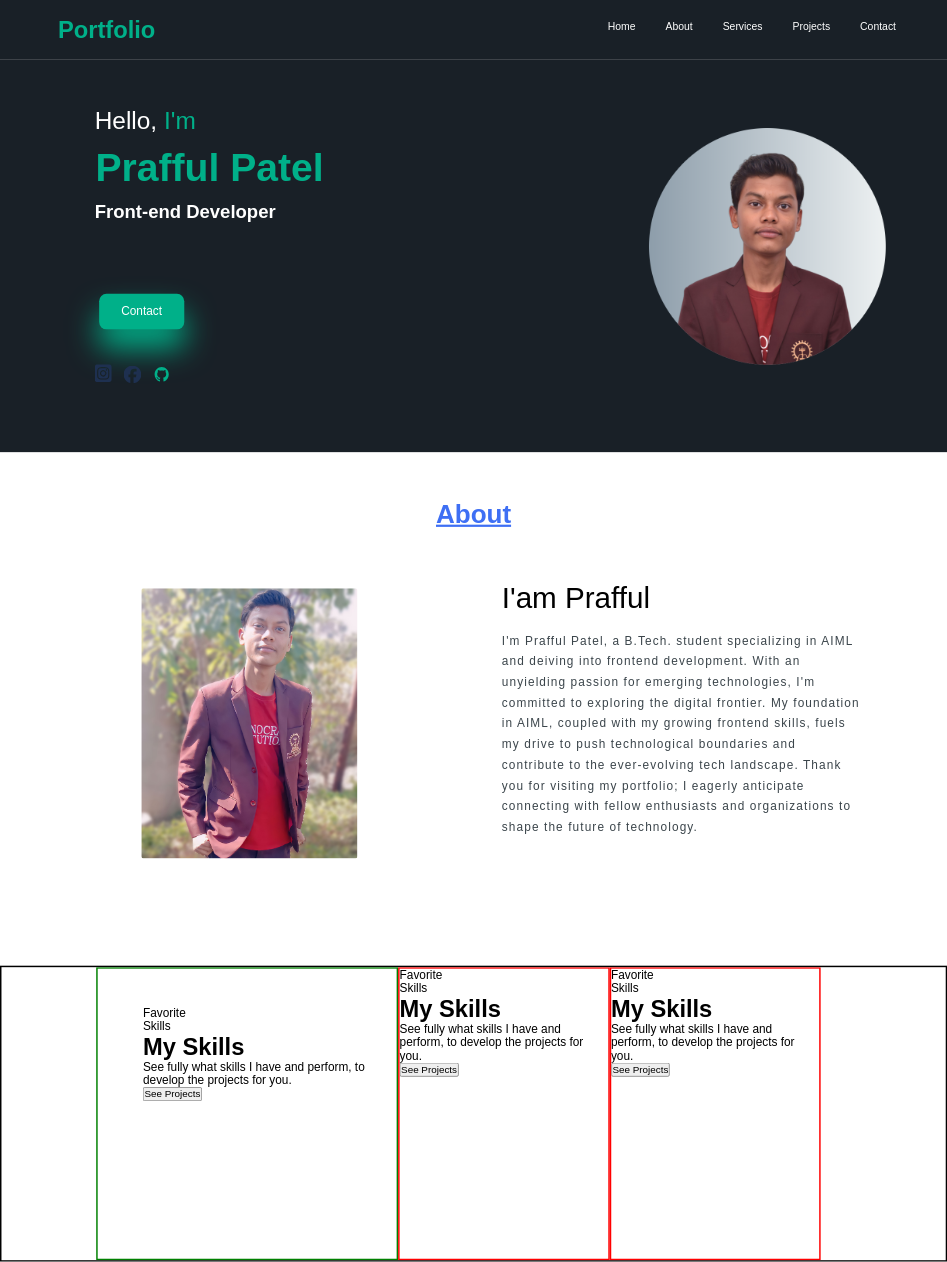
Repository: PraffulPatel27/Portfolio_2.0
Page: index.html
The author's editor kept a copy of each file at every save. The page is drawn from the files as they stood at one save, then again after the next save.
The browser window is 1280 px wide. The pictures show the whole page, at 74% of full size.
The pointer rests on the first visible `.btn`.

Above is the page before, as saved 2024-01-01 15:54:53.

### index.html
<!DOCTYPE html>
<html lang="en">
<head>
    <meta charset="UTF-8">
    <meta name="viewport" content="width=device-width, initial-scale=1.0">
    <title>Portfolio website complete</title>
    <link rel="stylesheet" href="style.css">
</head>
<body>

  <div class="container-first">
    <!-- /*********************** nav bar **************************/ -->
        <nav class="header">
            <h1>Portfolio</h1>

            <div class="nav-bar">
                <ul>
                    <li class="c1">Home</li>
                    <li> <a id="unique" href="#about">About</a></li>
                    <li>Services</li>
                    <li>Projects</li>
                    <li>Contact</li>
                </ul>
            </div>

        </nav>
        <!-- <div class="head-1"></div> -->



    <!-- /*********************** Section - 1 **************************/ -->
    <div class="first-main-content">
      <div class="left-content">
        <!-- <h1> Hi, </h1> -->
        <p class="ch"> Hello, </p>
        <p class="ch" id="bl"> I'm  </p>
        <h1 id="name-author"> Prafful Patel</h1>
        <h1> Front-end Developer </h1>

        <button class="btn"> Contact </button>
        <div class="social">
            <img src="images/instagram.svg">
            <img src="images/facebook.svg">
            <img src="images/github.svg">
        </div>
    </div>

   <img class="pic" src="images/profile-pic-circle.png">
   </div>


    <!-- /*********************** Section - 2 **************************/ -->
    <div class="section-2">
            <p class="heading-about"> About </p>

        <div class="front-2_under">
            <!-- <img class="left-img" src="images/image-portfolio.jpg"> -->
            <div class="left-content">
                <img class="left-img" src="images/image-portfolio.jpg">
            </div>

            <div class="right-para" id="about">
                <p class="heading-2"> I'am Prafful </p>
                <p class="description"> I'm Prafful Patel, a B.Tech. student specializing in AIML and
                    deiving into frontend development. With an unyielding passion
                    for emerging technologies, I'm committed to exploring the
                    digital frontier. My foundation in AIML, coupled with my
                    growing frontend skills, fuels my drive to push technological
                    boundaries and contribute to the ever-evolving tech
                    landscape. Thank you for visiting my portfolio; I eagerly
                    anticipate connecting with fellow enthusiasts and
                    organizations to shape the future of technology. </p>
            </div>
        </div>

    </div>


    <!-- /*********************** Section - 3 **************************/ -->

    <div class="section-3">
        <div class="bx-1">
            <p> Favorite </p>
            <p> Skills</p>
            <h1> My Skills</h1>

            <p>See fully what skills I have and perform, to
                develop the projects for you.</p>
            <button class="see-project"> See Projects </button>
        </div>

        <div class="bx-2">
            <p> Favorite </p>
            <p> Skills</p>
            <h1> My Skills</h1>

            <p>See fully what skills I have and perform, to
                develop the projects for you.</p>
            <button class="see-project"> See Projects </button>
        </div>

        <div class="bx-2">
            <p> Favorite </p>
            <p> Skills</p>
            <h1> My Skills</h1>

            <p>See fully what skills I have and perform, to
                develop the projects for you.</p>
            <button class="see-project"> See Projects </button>
        </div>
    </div>



    <!-- <footer>
            <h4 class="f-h4"> Prafful </h4>
            <div class="fimg">
                <img class="fb" src="images/faceb.png">
                <img class="ins" src="images/instagram-logo.png">
                <img class="lid" src="images/linkedin (1).png">
                <img class="git" src="images/github (1).png">
            </div>
            <h3 class="f-h3"> Terms of Use . Privacy Policy </h3>
            <p class="fp"> © 2023 copyright all right reserved </p>
    </footer> -->

  </div>

</body>
</html>

### style.css
* {
    margin: 0;
    padding: 0;
    box-sizing: border-box;
    font-family: 'Poppins' , sans-serif;
    scroll-behavior: smooth;
    overflow-x: hidden;
}
.container-first {
    display: flex;
    flex-direction: column;
    flex-wrap: wrap;
    width: 100vw;
    align-items: center;
}
.main-con {
    margin-left: 10%;
    margin-right: 10%;
}

/*********************** Nav bar **************************/
.header {
    min-height: 90%;
    width: 100%;
    background-position: center;
    background-size: cover;
    position: relative;
    background-color: #192027;
    color: #fff;
}
nav {
    display: flex;
    padding: 1.6% 4%;
    align-items: center;
    justify-content: center;
}
.nav-bar {
    flex: 1;
    text-align: right;
}
.nav-bar ul li {
    list-style: none;
    display: inline-block;
    padding: 8px 18px;
    position: relative;
    /* font-weight: bold; */
    cursor: pointer;
    font-size: 0.88rem;
}
#unique {
    text-decoration: none;
    color: #fff;
}
#unique:hover {
    color: #00B089;
}
.nav-bar ul li::after  {
    content: '';
    width: 0%;
    height: 3.5px;
    background-color: #00B089;
    display: block;
    margin: auto;
    transition: 0.80s;
}
.nav-bar ul li:hover::after {
    width: 100%;
}
.nav-bar ul li:hover {
    color: #00B089;
}
nav h1 {
    font-size: 2rem;
    color: #00B089;
    margin-left: 1.7rem;
}

/*********************** Section - 1 **************************/
.first-main-content {
    width: 100%;
    background-color: #192027;
    padding-bottom: 7%;
    display: flex;
    justify-content: space-evenly;
    align-items: center;
    flex-direction: row;
    flex-wrap: wrap;
    align-items: center;
    /* border: 2px solid black; */
}
/* .head-1 {
    margin-top: -1.2%;
    opacity: 0.1;
    border: 0.8px solid black;
    width: 100%;
} */
.left-content {
    padding-top: 5%;
    padding-left: 10%;
    /* border: 2px solid black; */
}
.ch {
    display: inline;
    font-size: 33px;
    color: #fff;
}
#bl {
    color: #00B089;
}
#name-author {
    color: #00B089;
    margin-top: 1.2%;
    font-size: 3.3rem;
    margin-left: 0.1%;
}
.left-content h1 {
    line-height: 60px;
    color: #fff;
    font-size: 25px;
}
.btn {
    width: 10%;
    height: 3rem;
    margin-top: 7%;
    margin-left: 0.5%;
    border-radius: 10px;
    background: #00B089;
    border: none;
    cursor: pointer;
    color: white;
    font-size: 1rem;
    text-align: center;
}
.btn:hover {
    box-shadow: 0px 25px 40px #00B089;
    transition: 0.2s;
}
.social {
    margin-top: 4%;
    margin-left: -1%;
    /* border: 2px solid black; */
}
.social img {
    width: 3%;
    padding-left: 1%;
    cursor: pointer;
    background: none;
}
.pic {
    width: 20rem;
    margin-top:5%;
    margin-right: -62%;
    flex-wrap: wrap;
    position: absolute;
}

/*********************** Section - 2 **************************/
.section-2 {
    width: 100%;
    flex-wrap: wrap;
    align-items: center;
    display: flex;
    position: none;
    justify-content: space-evenly;
    /* border: 2px solid red; */
}
.heading-about {
    text-align: center;
    margin-top: 5%;
    color: #3E6FF4;
    font-size: 2.2rem;
    font-style: normal;
    font-weight: 700;
    text-decoration: underline;
}
.front-2_under {
    display: flex;
    flex-direction: row;
    justify-content: space-evenly;
    align-items: center;
    margin-top: 2%;
    margin-left: 6.5%;
    margin-right: 9%;
    margin-bottom: 6%;
    /* border: 2px solid red; */
}
.left-content {
    flex: 1;
}
.left-content .left-img {
    width: 60%;
    max-width: 100%;
    height: auto;
    border-radius: 1%;
}
.right-para {
    flex: 1;
}
.heading-2 {
    font-size: 2.5rem;
    line-height: 70px;
}
.description {
    color: #3b454b;
    letter-spacing: 1.5px;
    line-height: 28px;
    margin-top: 2%;
}

 /*********************** Section - 3 **************************/
 .section-3 {
    height: 25rem;
    margin-top: 5%;
    flex-wrap: wrap;
    display: flex;
    /* flex-direction: row; */
    padding-left: 10%;
    padding-right: 10%;
    border: 2px solid black;
}
.bx-1 {
    border: 2px solid green;
    width: 40%;
    padding-top: 5%;
    padding-left: 6%;
}
.see-project {

}
.bx-2 {
    border: 2px solid red;
    width: 28%;
}

After the next save:
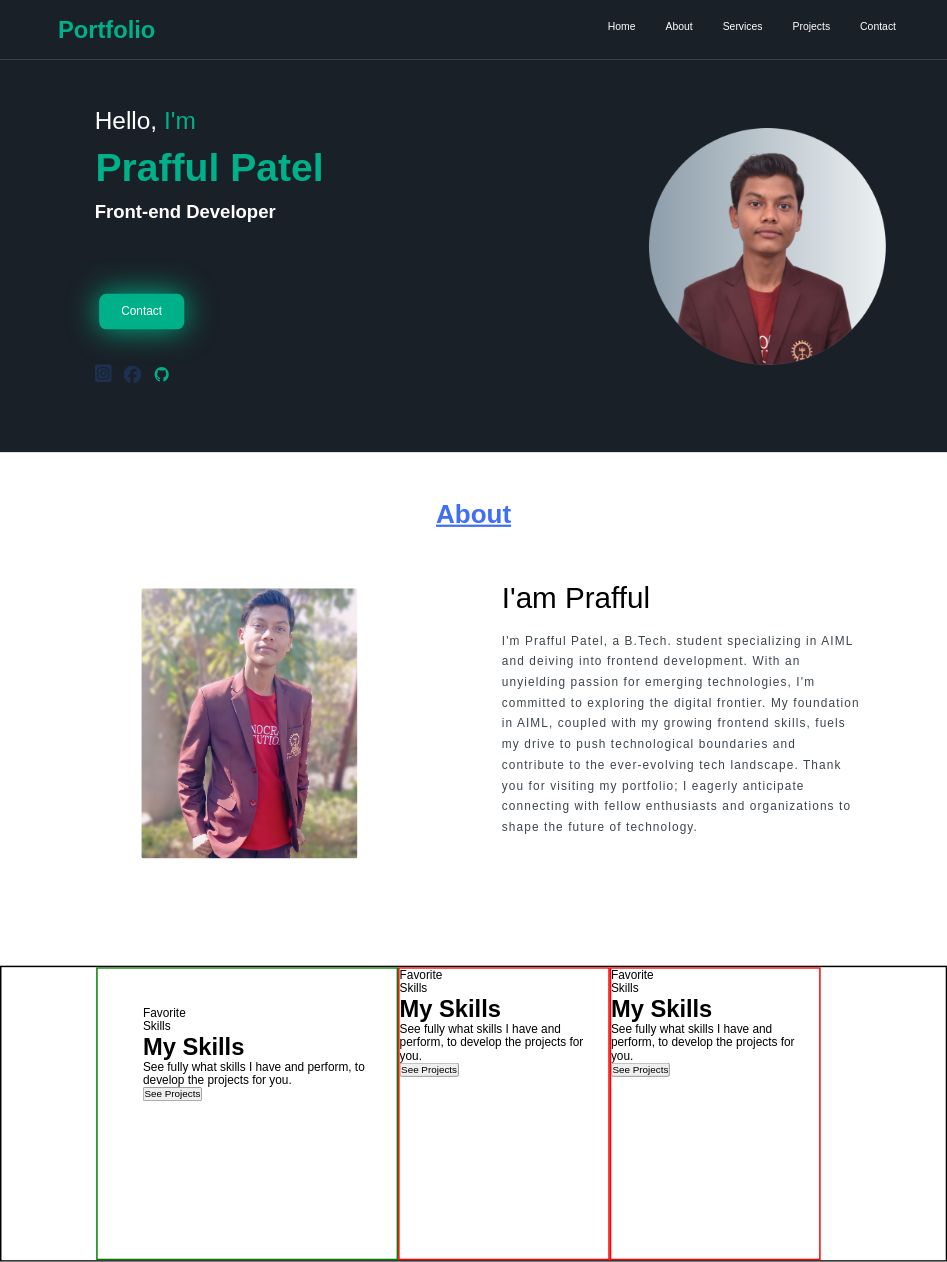
Saved 9 s later.
--- a/style.css
+++ b/style.css
@@ -132,7 +132,7 @@
     text-align: center;
 }
 .btn:hover {
-    box-shadow: 0px 25px 40px #00B089;
+    box-shadow: 0px 0px 40px #00B089;
     transition: 0.2s;
 }
 .social {
